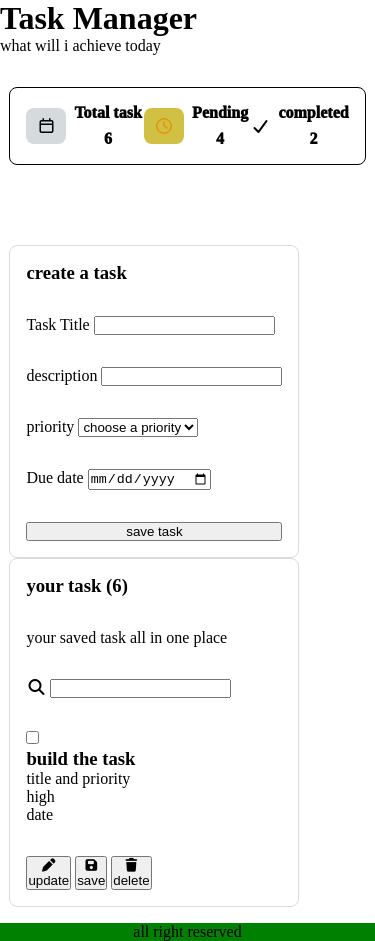
Repository: XDENTERTAINMENT/task-manager-groupwork
Page: index.html
These files come from the project's save history. The page is drawn as it stood at one moment and after a run of saves; the edit follows.
The browser window is 375 px wide. The pictures show the whole page.

Above is the page before, as saved 2026-10-26 20:19:26.

After the next 2 saves:
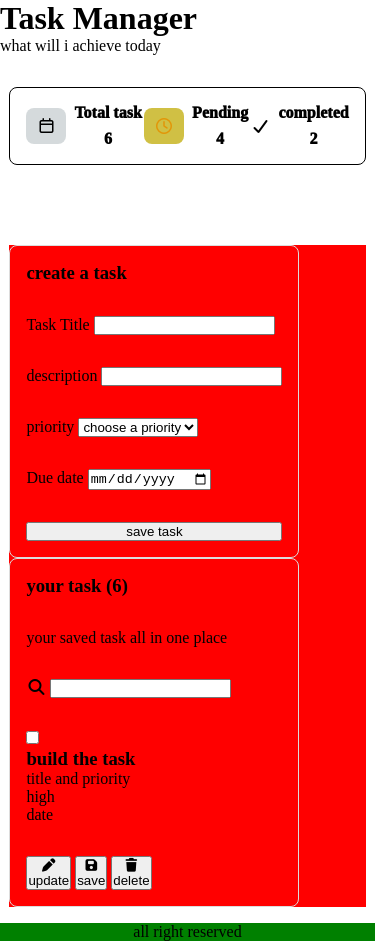
The 2 saves are shown as one change because they came seconds apart.
The last was saved 10 s later.
--- a/style.css
+++ b/style.css
@@ -106,7 +106,7 @@ footer{
     .section2{
         display: grid;
 
-        background-color
+        background-color: red
     }
 
  .create-tax{
